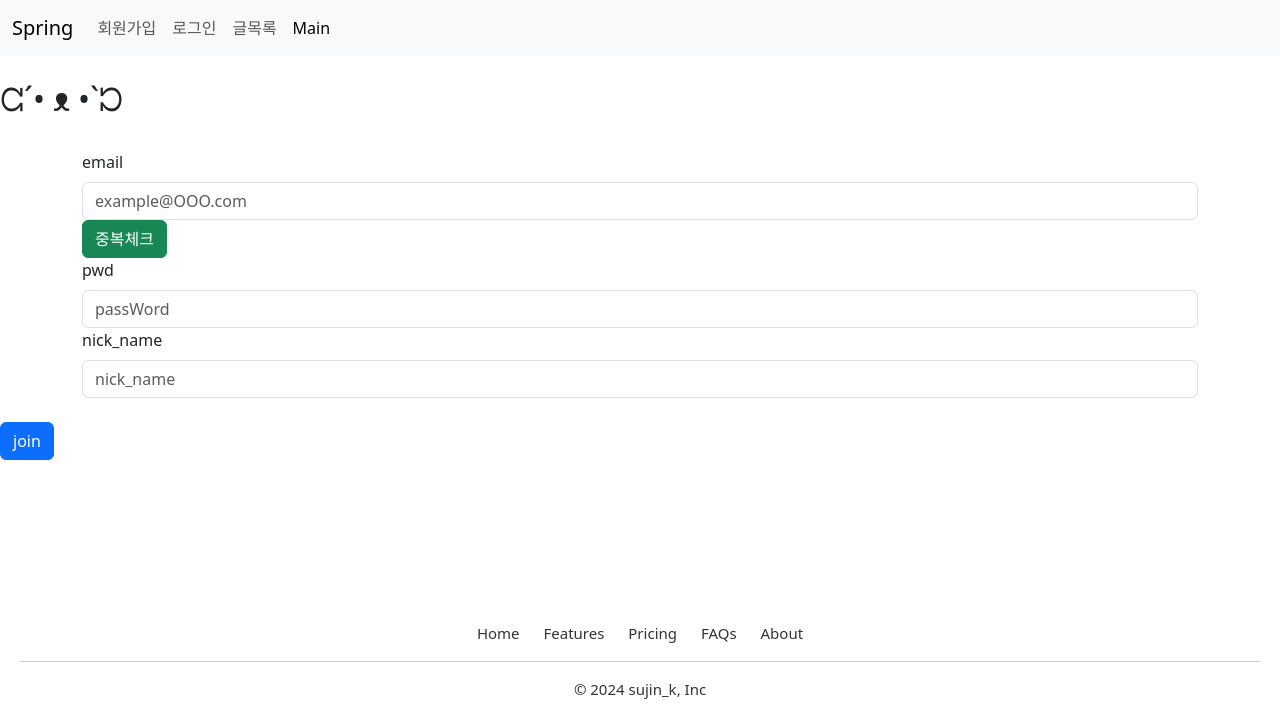
Repository: sujin1221/spring
Page: http://localhost/spring_test2/WEB-INF/views/member/register.jsp
The author's editor kept a copy of each file at every save. The page is drawn from the files as they stood at one save, then again after the next save.
The browser window is 1280 px wide. The pictures show the whole page.
The page is served by Tomcat 9. Nobody is signed in. The template is opened directly, without the code that normally fills it, so the values that code supplies are empty.

Above is the page before, as saved 2024-01-17 01:19:27.
Console error: TypeError: Cannot read properties of null (reading 'addEventListener')

After the next save:
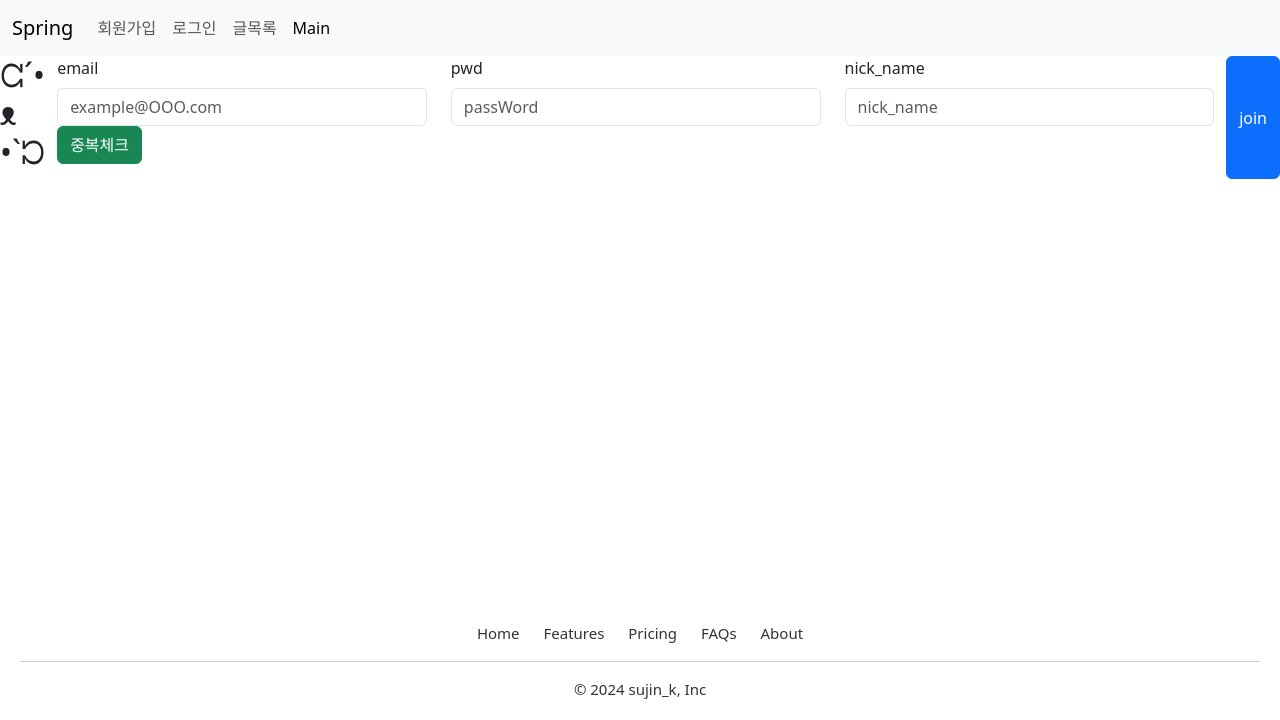
Saved 23 s later.
--- a/spring_test2/src/main/webapp/WEB-INF/views/member/register.jsp
+++ b/spring_test2/src/main/webapp/WEB-INF/views/member/register.jsp
@@ -6,7 +6,7 @@
 <!-- admin: 1111@naver.com으로 설정함 -->
 <form action="/member/register" method="post">
 
-		<div class="">
+		<div class="d-flex justify-content-center">
 		<br>
 		<h2>ᘳ´• ᴥ •`ᘰ</h2>
 		<br>

After the 4 saves that followed:
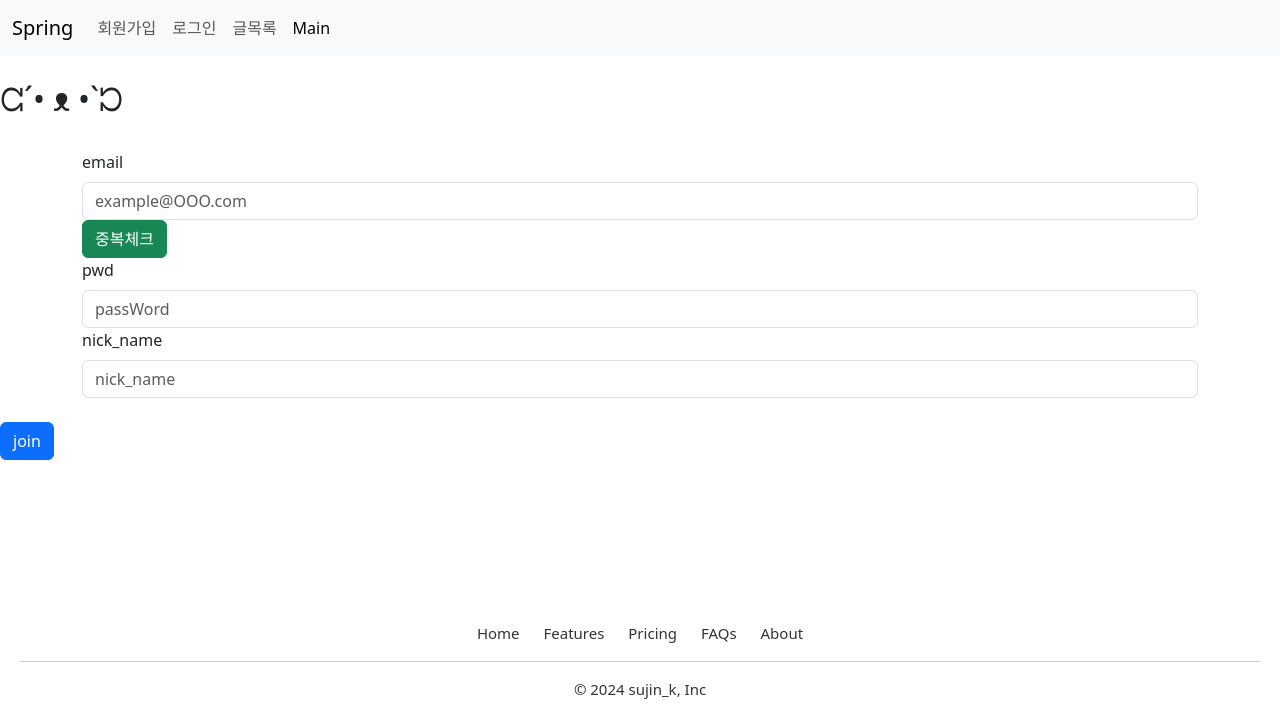
The 4 saves are shown as one change because 3 left the picture as it was.
The last was saved 50 s later.
--- a/spring_test2/src/main/webapp/WEB-INF/views/member/register.jsp
+++ b/spring_test2/src/main/webapp/WEB-INF/views/member/register.jsp
@@ -6,7 +6,6 @@
 <!-- admin: 1111@naver.com으로 설정함 -->
 <form action="/member/register" method="post">
 
-		<div class="d-flex justify-content-center">
 		<br>
 		<h2>ᘳ´• ᴥ •`ᘰ</h2>
 		<br>
@@ -32,6 +31,6 @@
 		<br>
 		<button type="submit" class="btn btn-primary" id="regBtn">join</button>
 </form>
-</div>
+
 <script src="/resources/js/memberRegister.js"></script>
 <jsp:include page="../layout/footer.jsp"></jsp:include>
